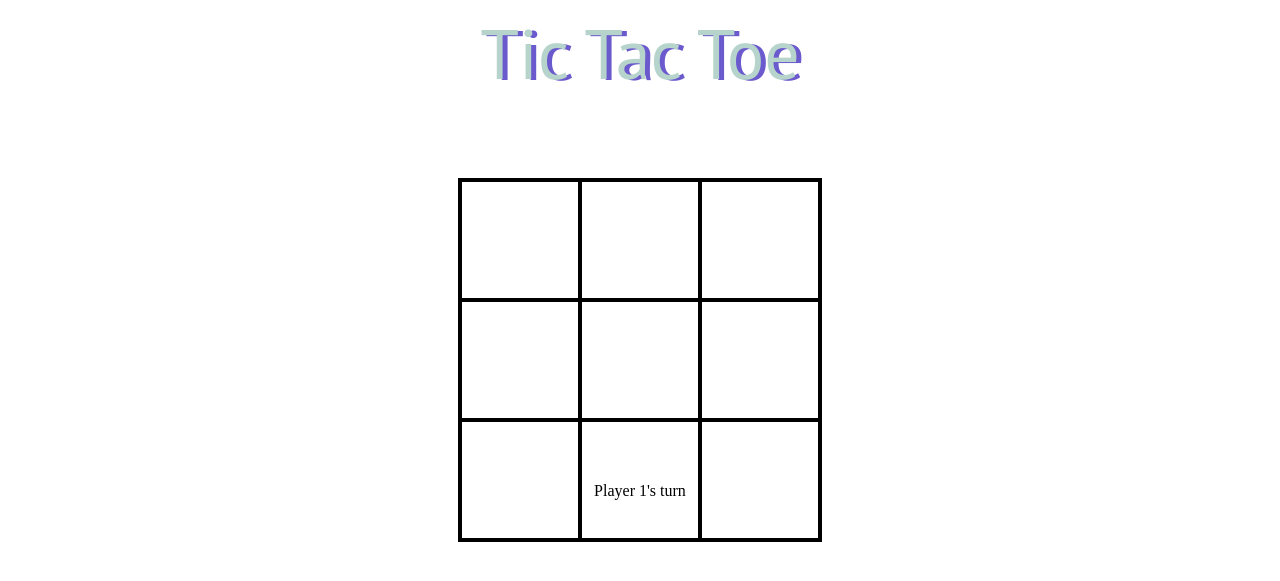
Repository: chin9/TicTacToe
Page: index.html
The author's editor kept a copy of each file at every save. The page is drawn from the files as they stood at one save, then again after the next save.
The browser window is 1280 px wide. The pictures show the whole page.

Above is the page before, as saved 2021-05-15 20:58:13.

### index.html
<head>
    <link rel='stylesheet' href='style.css'>
</head>

<title> TicTacToe</title>

<header>Tic Tac Toe</header>


<body>
    <div class='board'>

        <div class='grid' id='0'>

        </div>

        <div class='grid' id='1'>

        </div>

        <div class='grid' id='2'>

        </div>

        <div class='grid' id='3'>

        </div>

        <div class='grid' id='4'>

        </div>

        <div class='grid' id='5'>

        </div>

        <div class='grid' id='6'>

        </div>

        <div class='grid' id='7'>

        </div>

        <div class='grid' id='8'>

        </div>

    </div>

    <div class='status' id='status'>
        Player 1's turn
    </div>
</body>

<script src='script.js'></script>

### style.css
@import url('https://fonts.googleapis.com/css2?family=PT+Sans&display=swap');


header{
    font-family: 'PT Sans', sans-serif;
    font-size: 70px;
    color: rgb(182, 212, 203);
    text-shadow: 5px 1px slateblue;
    text-align: center;
}

body{
    display: flex;
    flex-direction: column;
    align-items: center;

}

.board{
    height: 50vh;
    width: 50vh;

    position: relative;
    top: 80px;

    display: grid;
    grid-template-columns: 1fr 1fr 1fr;
    grid-template-rows: 1fr 1fr 1fr;

    border: 2px black solid;
}

.grid{
    border: 2px black solid;

    font-size: 50px;
    text-align: center;
    padding-top: 30px;
}

.status{
    position: relative;
    top: 20px;
}

### script.js


const gameboard = (() => {

    // 0: blank; 'O': circle; 'X': cross
    var grids = [0, 0, 0,
                 0, 0, 0,
                 0, 0, 0];

    function renderBoard() {

        for (let i = 0; i < 9; i++) {
            const grid = document.getElementById(`${i}`);
            if (grids[i] == 'O') {
                grid.textContent = 'O';
            } else if (grids[i] == 'X') {
                grid.textContent = 'X';
            } else {
                grid.textContent = '';
            }

        }

    };


    return {renderBoard};


})();


gameboard.renderBoard();

const player = (sign) => {

}

const player1 = player('O');
const player2 = player('X');

After the next save:
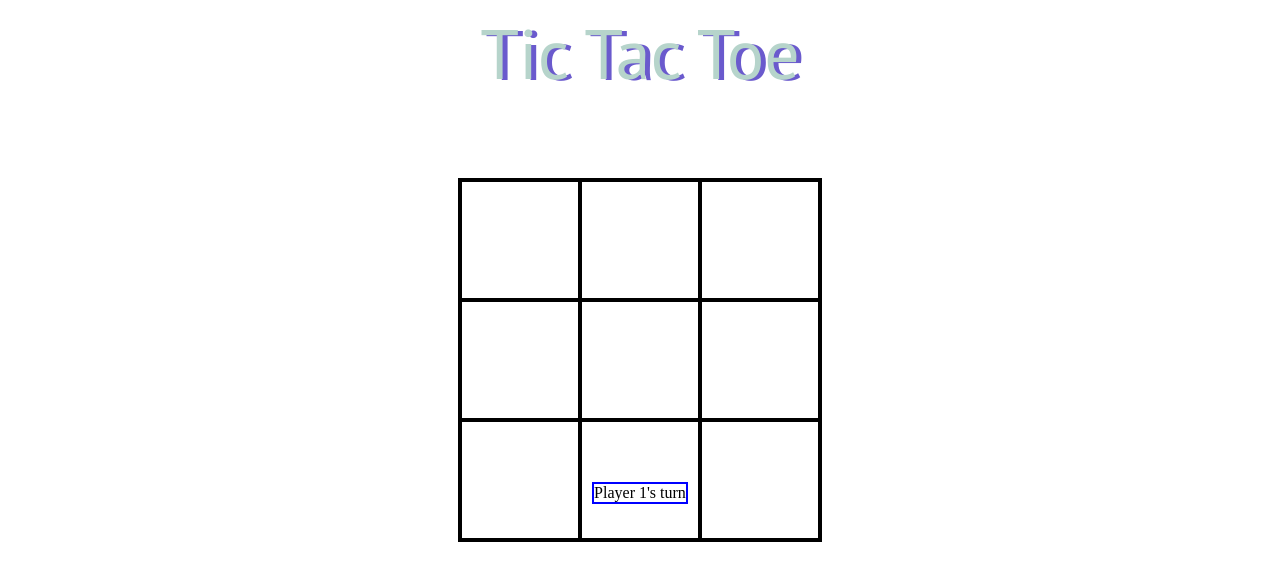
Saved 12 s later.
--- a/style.css
+++ b/style.css
@@ -41,4 +41,6 @@ body{
 .status{
     position: relative;
     top: 20px;
+
+    border: 2px blue solid;
 }
